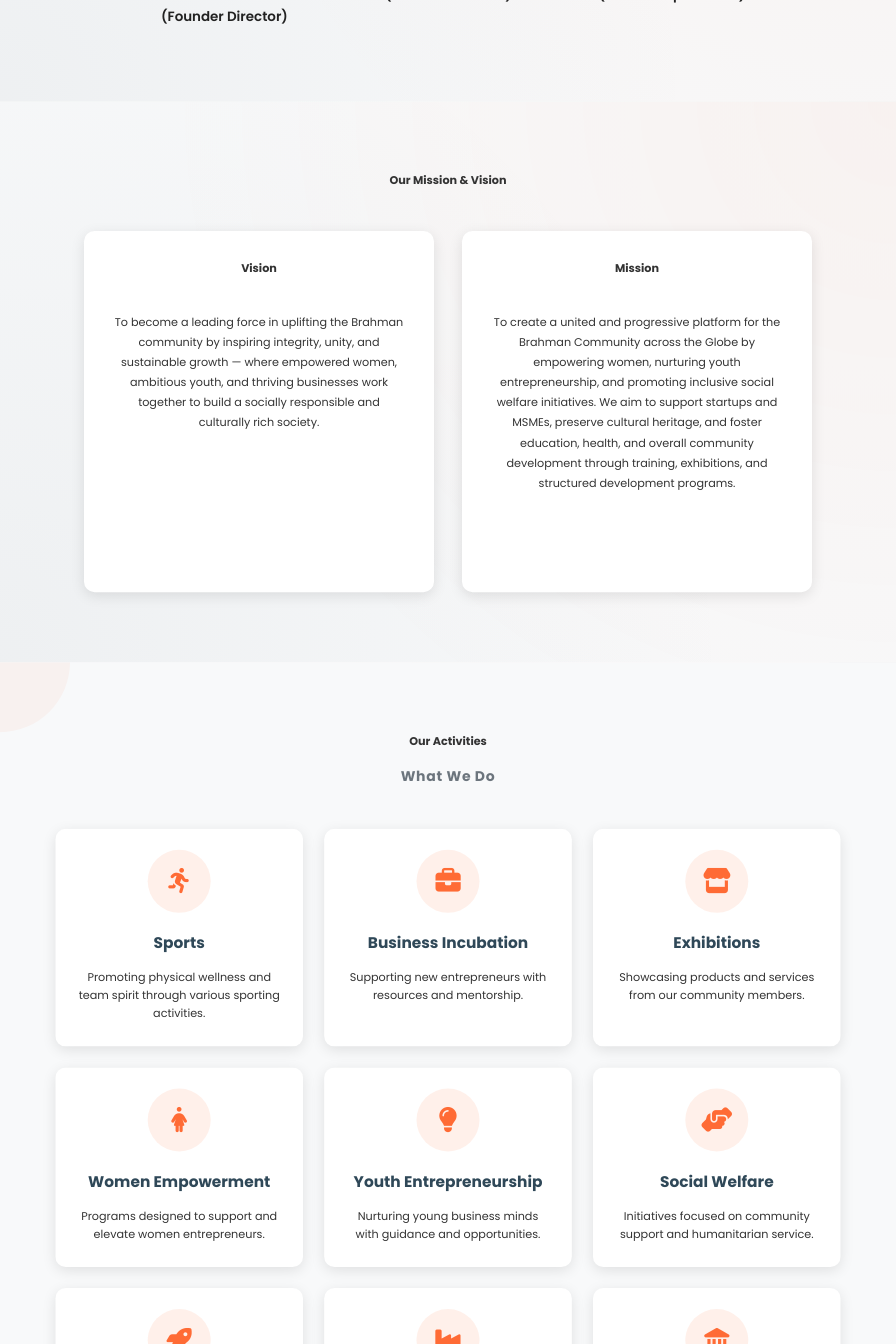
Repository: Snehaldahiphale/bbn-association
Page: index.html
The author's editor kept a copy of each file at every save. The page is drawn from the files as they stood at one save, then again after the next save.
The browser window is 1280 px wide. The pictures show the part of the page from y = 2810 to 4730 px (the page is 8913 px tall before and 8947 px after), at 70% of full size.

Above is the page before, as saved 2026-03-13 11:57:50.

After the next save:
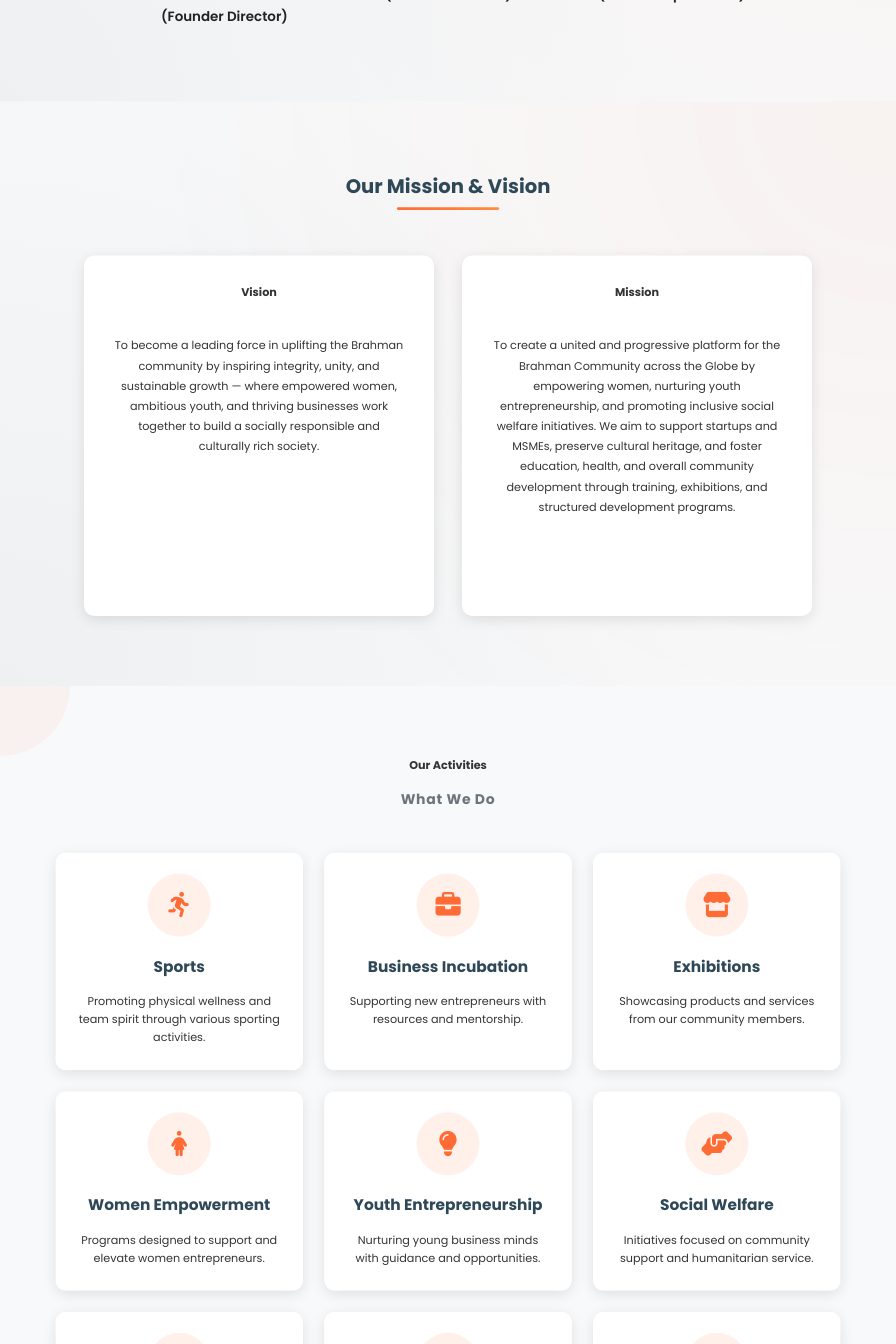
Saved 70 s later.
--- a/index.html
+++ b/index.html
@@ -172,7 +172,7 @@
     <section id="vision-mission" class="section bg-light">
       <div class="container">
         <div class="section-header">
-          <h4>Our Mission & Vision</h4>
+          <h2>Our Mission & Vision</h2>
         </div>
         <div class="vm-container">
           <div class="vm-box">
